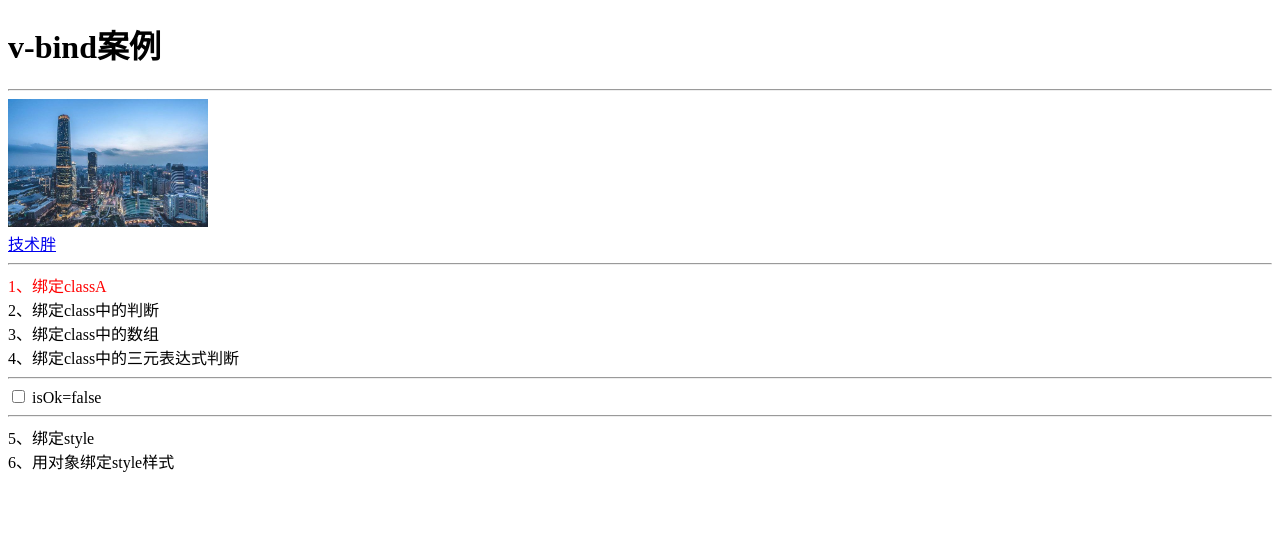
Repository: 13982720426/vue2.0-LearningNotes
Page: example/v-bind.html
These files come from the project's save history. The page is drawn as it stood at one moment and after the next save; the edit follows.
The browser window is 1280 px wide. The pictures show the whole page.

Above is the page before, as saved 2021-06-24 13:46:30.

After the next save:
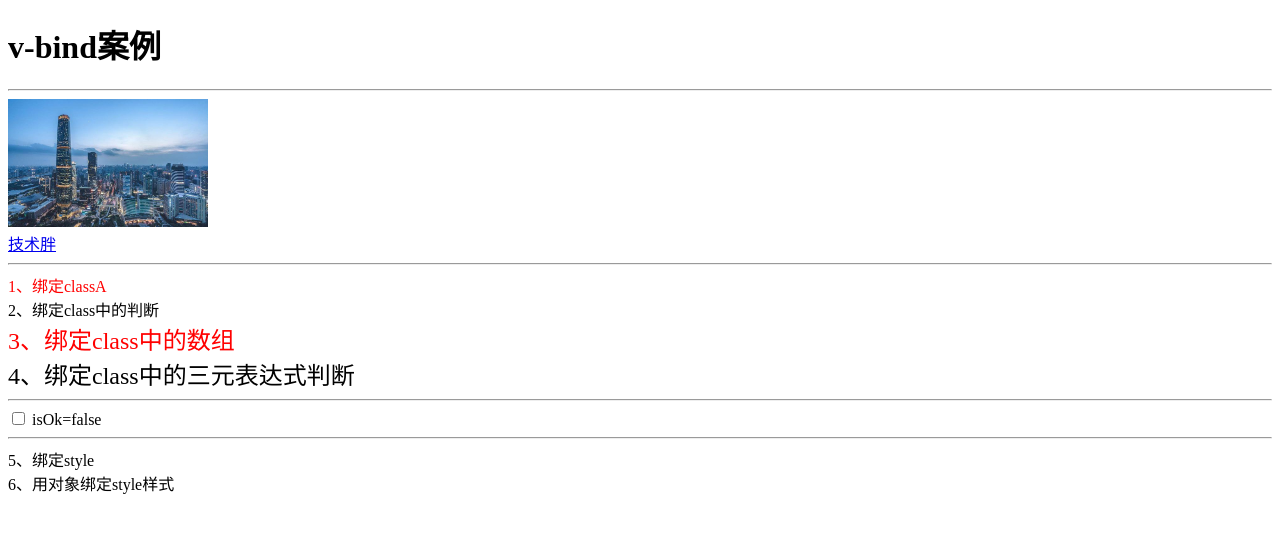
Saved 2 min 52 s later.
--- a/example/v-bind.html
+++ b/example/v-bind.html
@@ -42,8 +42,8 @@
           jspang: 'http://jspang.com',
           className: 'classA',
           isOk: false,
-          // classA: 'classA',
-          // classB: 'classB',
+          classA: 'classA',
+          classB: 'classB',
           // red: 'red',
           // font: '30px',
           // styleObject: {
